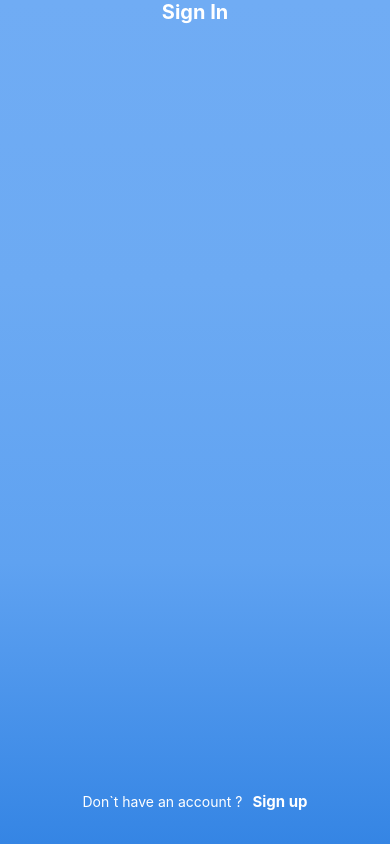
Repository: kamarajcalm/loginpage
Screen: /
An editor plug-in stored every save of this project. The screen is shown before and after the next save, followed by the edit.
The app was drawn by React Native's web renderer in a window 390 px wide. The project was rebuilt for these pictures with package versions that can differ from the ones it lists, and the page was loaded fresh each time.

Above is the screen before, as saved 2021-12-25 23:52:21.

After the next save:
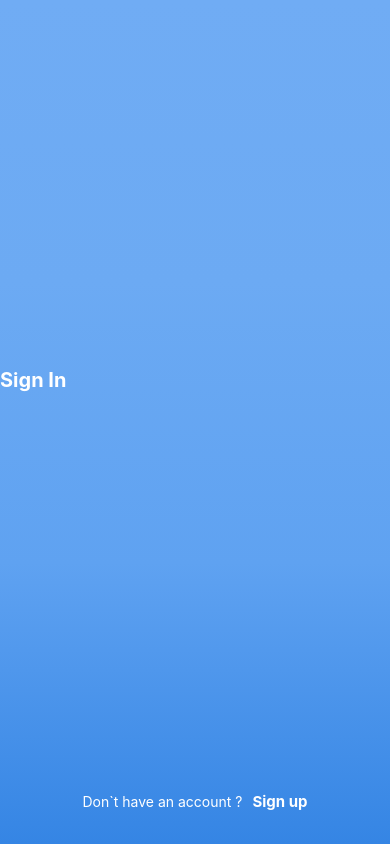
Saved 10 s later.
--- a/App.js
+++ b/App.js
@@ -38,7 +38,7 @@ const styles = StyleSheet.create({
   },
   content: {
     flex: 0.9,
-    alignItems: "center"
+    justifyContent: "center"
   },
   footer: {
     flex: 0.1,
